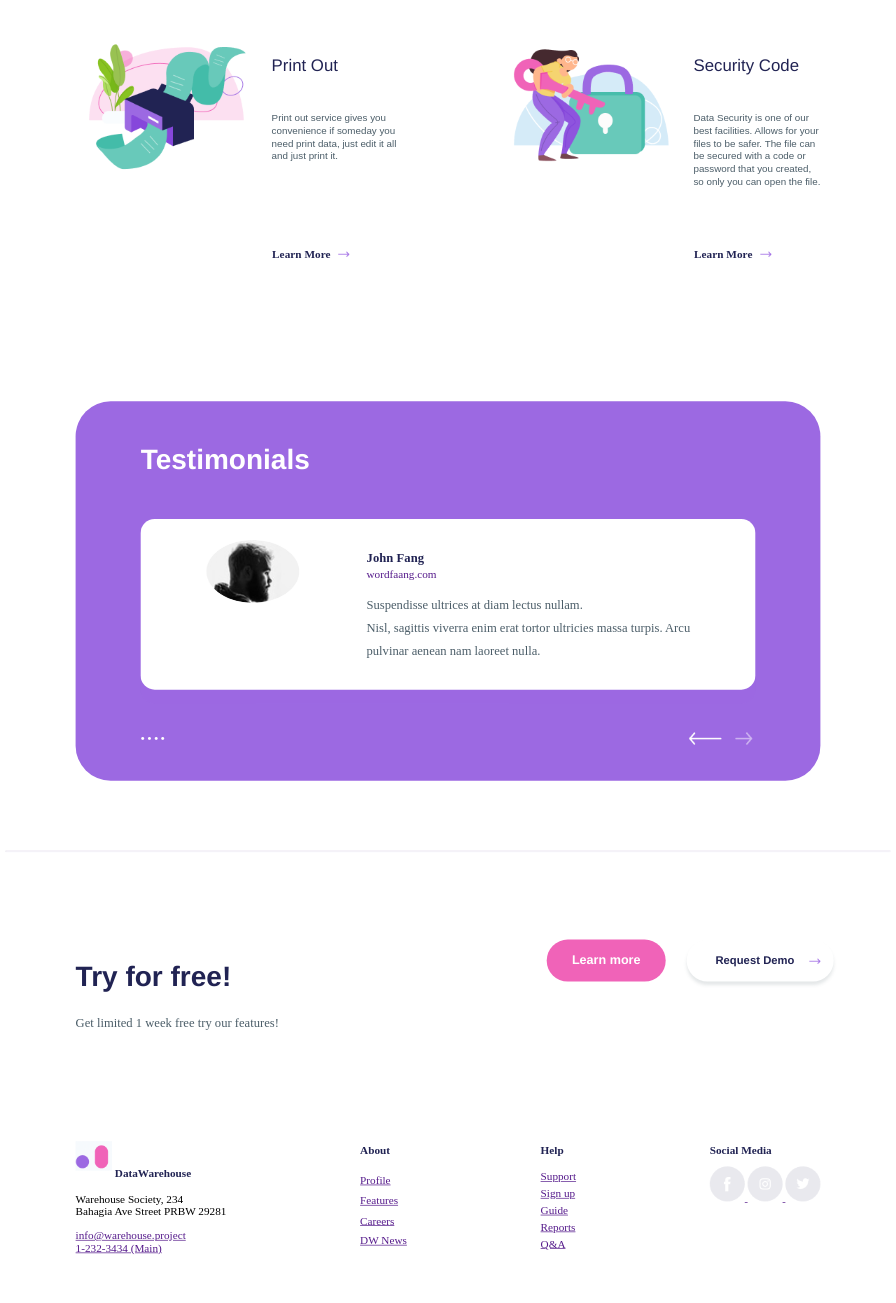
Repository: batonAnton/HW6_flexbox
Page: index.html
An editor plug-in stored every save of this project. The page is shown before and after the next save, followed by the edit.
The browser window is 1280 px wide. The pictures show the part of the page from y = 1926 to 3846 px (the page is 3788 px tall before and 3846 px after), at 70% of full size.
Some web fonts or font styles are not loaded; a fallback is used.

Above is the page before, as saved 2022-06-19 16:09:33.

After the next save:
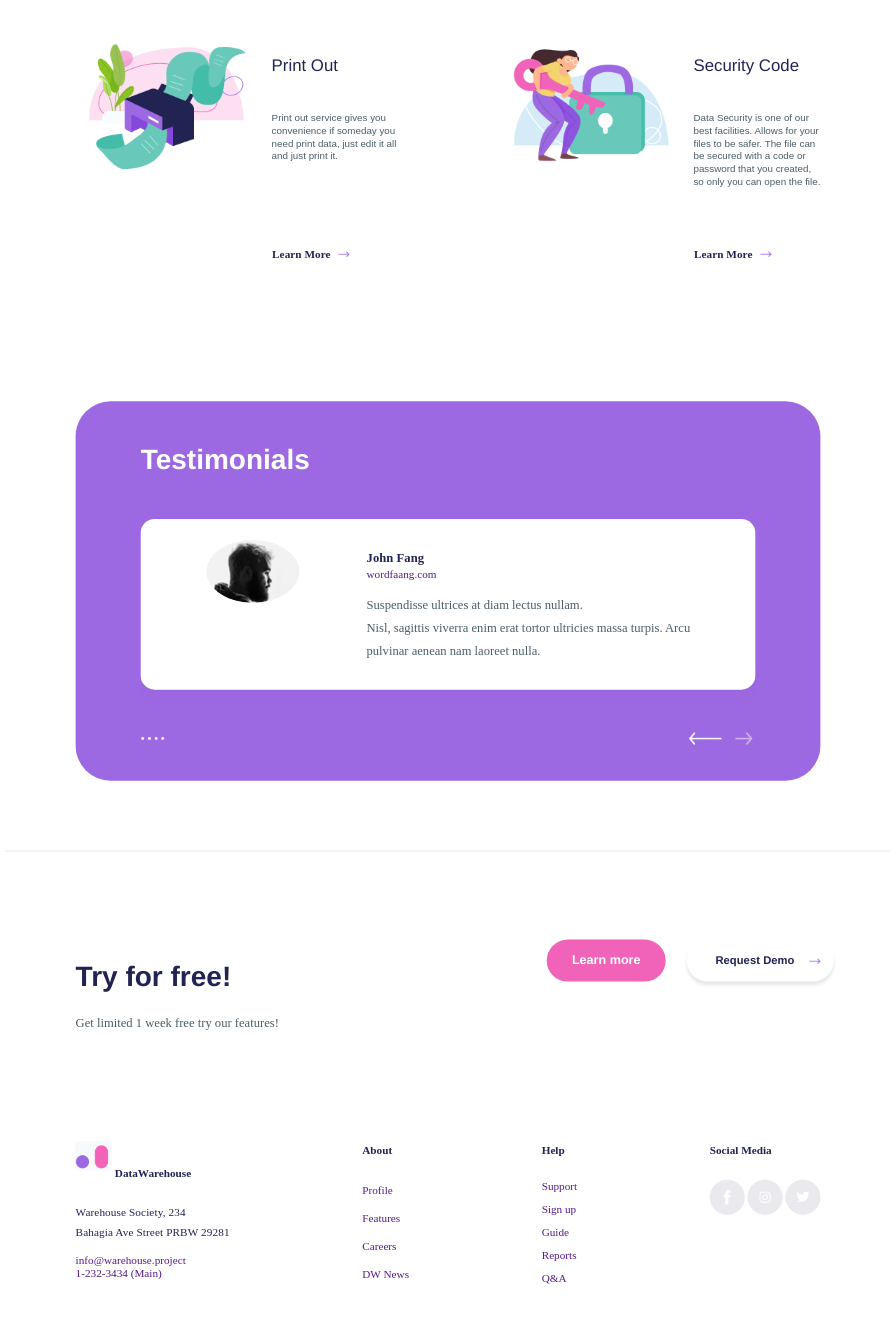
Saved 13 min 2 s later.
--- a/css/style.css
+++ b/css/style.css
@@ -386,4 +386,20 @@ font-weight: 900;
 font-size: 16px;
 line-height: 160%;
 color: #212353;
-}
+margin-bottom: 30px;
+}
+
+footer a{
+  text-decoration: none;
+  padding-bottom: 15px;
+}
+
+footer p{
+  font-family: 'Avenir';
+font-style: normal;
+font-weight: 500;
+font-size: 16px;
+line-height: 180%;
+letter-spacing: 0.01em;
+color: #212353;
+}
